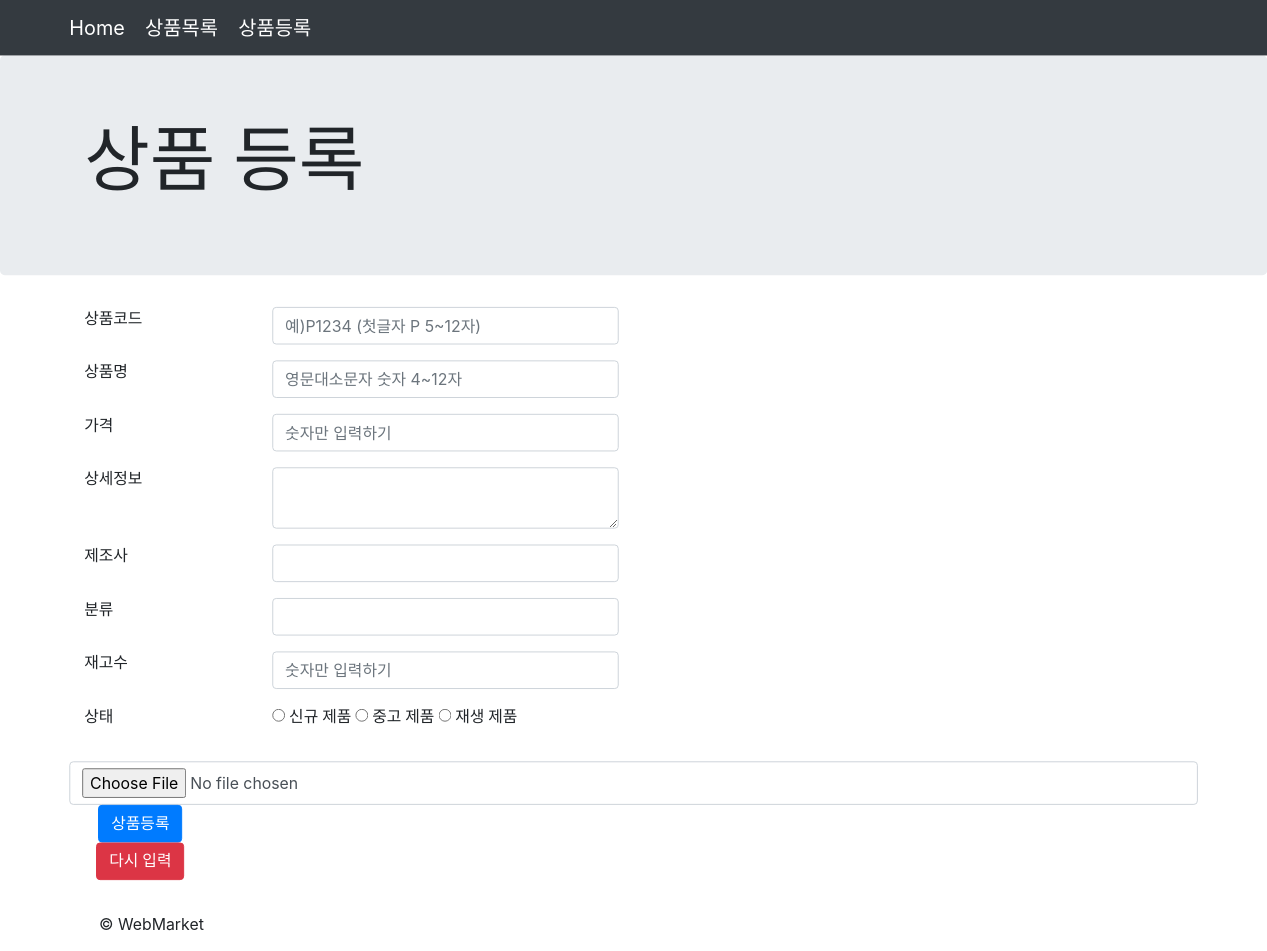
Repository: davisbyun/ai
Page: http://localhost/WebMarket/addProduct.jsp
These files come from the project's save history. The page is drawn as it stood at one moment and after the next save; the edit follows.
The browser window is 1280 px wide. The pictures show the whole page, at 99% of full size.
Some web fonts or font styles are not loaded; a fallback is used. The page is served by Tomcat 9. Other server files are loaded and not shown.

Above is the page before, as saved 2024-01-23 07:30:22.

### WebMarket/src/main/webapp/addProduct.jsp
<%@ page language="java" contentType="text/html; charset=UTF-8"
    pageEncoding="UTF-8"%>
<!DOCTYPE html>
<html>
<head>
<meta charset="UTF-8">
<title>상품등록</title>
<link rel="stylesheet" href="https://cdn.jsdelivr.net/npm/bootstrap@4.0.0/dist/css/bootstrap.min.css" integrity="sha384-Gn5384xqQ1aoWXA+058RXPxPg6fy4IWvTNh0E263XmFcJlSAwiGgFAW/dAiS6JXm" crossorigin="anonymous">
<style>
  @import url('https://fonts.googleapis.com/css2?family=Hahmlet&display=swap');
  .f1 { font-family: 'Hahmlet', serif; }
</style>

</head>
<body>
   <jsp:include page="menu.jsp"></jsp:include>
   <div class="jumbotron">
    <div class="container">
        <h1 class="display-3 f1"> 상품 등록 </h1>
    </div>
  </div>
  <div class="container">
    <form action="./processAddProduct.jsp"  name="newProduct"
    	  enctype="multipart/form-data"
    	  class="form-horizontal"  method="post">
         <div class="form-group row">
            <label class="col-sm-2 f1"> 상품코드 </label>
            <div class="col-sm-4">
                <input type="text" name="productId" id="ProductId" placeholder="예)P1234 (첫글자 P 5~12자)" class="form-control">
            </div>
         </div>

         <div class="form-group row">
            <label class="col-sm-2 f1"> 상품명 </label>
            <div class="col-sm-4">
                <input type="text" name="name" id="name" placeholder="영문대소문자 숫자 4~12자" class="form-control">
            </div>
         </div>

         <div class="form-group row">
            <label class="col-sm-2 f1"> 가격 </label>
            <div class="col-sm-4">
                <input type="text" name="unitPrice" id="unitPrice" placeholder="숫자만 입력하기" class="form-control">
            </div>
         </div>

         <div class="form-group row">
            <label class="col-sm-2 f1"> 상세정보 </label>
            <div class="col-sm-4">
                <textarea name="description"  id="description" cols="50" rows="2" class="form-control"></textarea>
            </div>
         </div>

         <div class="form-group row">
            <label class="col-sm-2 f1"> 제조사 </label>
            <div class="col-sm-4">
                <input type="text" name="manufacturer" id="manufacturer" class="form-control">
            </div>
         </div>

         <div class="form-group row">
            <label class="col-sm-2 f1"> 분류 </label>
            <div class="col-sm-4">
                <input type="text" name="category" id="category" class="form-control">
            </div>
         </div>

         <div class="form-group row">
            <label class="col-sm-2 f1"> 재고수 </label>
            <div class="col-sm-4">
                <input type="text" name="unitsInStock" id="unitsInStock" placeholder="숫자만 입력하기" class="form-control">
            </div>
         </div>

         <div class="form-group row">
            <label class="col-sm-2 f1"> 상태 </label>
            <div class="col-sm-4 f1">
                <input type="radio" name="condition" value="New"> 신규 제품
                <input type="radio" name="condition" value="Old"> 중고 제품
                <input type="radio" name="condition" value="Refurbished"> 재생 제품
            </div>
         </div>

         <div class="form-group row">
         <label class="col-sm-5"></label>
         <input type="file" name="productImage" id="productImage" class="form-control">


         <div class="form-group row">
            <div class="col-sm-offset-2  col-sm-10  col  text-center">
                <input type="button"  class="btn btn-primary f1" value="상품등록" onclick="checkAddProd()">
                 <input type="reset"  class="btn btn-danger f1" value="다시 입력">
            </div>
         </div>

    </form>

  </div>
  <jsp:include page="footer.jsp"></jsp:include>

  <script type="text/javascript" src="./js/validation.js"></script>
</body>
</html>

### WebMarket/src/main/webapp/menu.jsp
<%@ page language="java" contentType="text/html; charset=UTF-8"
    pageEncoding="UTF-8"%>
<!DOCTYPE html>
<html>
<head>
<meta charset="UTF-8">
<title>Insert title here</title>
<link rel="stylesheet" href="https://cdn.jsdelivr.net/npm/bootstrap@4.0.0/dist/css/bootstrap.min.css" integrity="sha384-Gn5384xqQ1aoWXA+058RXPxPg6fy4IWvTNh0E263XmFcJlSAwiGgFAW/dAiS6JXm" crossorigin="anonymous">
</head>
<body>
	 <nav class="navbar navbar-expand navbar-dark bg-dark">
    <div class="container">
        <div class="navbar-header">
            <a class="navbar-brand" href="./welcome.jsp">Home</a>
            <a class="navbar-brand" href="./welcome.jsp">상품목록</a>
            <a class="navbar-brand" href="./welcome.jsp">상품등록</a>
         </div>
     </div>
   </nav>
</body>
</html>

### WebMarket/src/main/webapp/footer.jsp
<%@ page language="java" contentType="text/html; charset=UTF-8"
    pageEncoding="UTF-8"%>
<!DOCTYPE html>
<html>
<head>
<meta charset="UTF-8">
<title>Insert title here</title>
 <link rel="stylesheet" href="https://cdn.jsdelivr.net/npm/bootstrap@4.0.0/dist/css/bootstrap.min.css" integrity="sha384-Gn5384xqQ1aoWXA+058RXPxPg6fy4IWvTNh0E263XmFcJlSAwiGgFAW/dAiS6JXm" crossorigin="anonymous">
</head>
<body>
     <footer class="container">
	    <p>&copy; WebMarket</p>
	 </footer>
</body>
</html>

### WebMarket/src/main/webapp/js/validation.js
function checkAddProd() {

   //요구사항
   // 1. 상품 아이디 체크 - 상품코드와 숫자를 조합하여 5~12자까지 입력 반드시 첫글자는 P로 시작하기
   // 2. 상품명 체크하기 - 최소 4자에서 12자까지 입력하기
   // 3. 상품 가격 체크하기  - 숫자만 입력하기
   // 4. 상품 가격 체크하기 - 음수는 입력 안됨
   // 5. 재고수 체크하기 - 숫자만 입력하기

   // 처리순서 : 1단계 폼에 입력한 내용을 가지고 온다.  2단계 조건문으로 검사를 한다. 3단계 2단계 모두 통과되면 전송한다.
    // 1단계 폼에 입력한 내용을 가지고 온다.
      var  productId = document.getElementById("productId");
      var  name = document.getElementById("name");
      var  unitPrice = document.getElementById("unitPrice");
      var  unitsInStock = document.getElementById("unitsInStock");
    // 2단계 조건문으로 검사를 한다.
      // 1. 상품 아이디 체크 - 상품코드와 숫자를 조합하여 5~12자까지 입력 반드시 첫글자는 P로 시작하기
      /*
      if (   check( 정규표현식, 변수명, 표시할메시지 )     ) {
           productId.focus();
           return false;
       }

       function check( var 정규표현식, var 변수명, var 표시할메시지    ) {
             정규표현식 처리
             alert(표시할메시지);
             return false;
        }
       */
       // 1. 요구사항
       if( ! check( /^P[0-9]{4,11}$/, productId, "상품코드와 숫자를 조합하여 5~12자까지 입력 반드시 첫글자는 P로 시작하기") ) {
            return false;
       }

       // 2. 상품명 체크하기 - 최소 4자에서 12자까지 입력하기
       if( ! check( /^[0-9a-zA-z]{4,12}$/  , name  , "최소 4자에서 12자까지 입력하기") ){
              return false;
      }

      // 3. 상품 가격 체크하기  - 숫자만 입력하기
       if( ! check( /^[0-9]*$/  , unitPrice  , "숫자만 입력하기") ){
              return false;
        }

       // 4. 상품 가격 체크하기 - 음수는 입력 안됨
       if ( unitPrice.value < 0) {
            alert("음수는 입력 안됨");
            return false;
        }

        // 5. 재고수 체크하기 - 숫자만 입력하기
        if( ! check( /^[0-9]*$/  , unitsInStock  , "숫자만 입력하기") ){
              return false;
        }


       function check(  regExp,  e,  meg  ) {
          if( regExp.test( e.value ) ) {
                return true;
          }
            alert( meg );
            productId.focus();
            return false;
       }




    // 3단계 2단계 모두 통과되면 전송한다.
        document.newProduct.submit(); // newProduct는 <form> 태그의 name
}

After the next save:
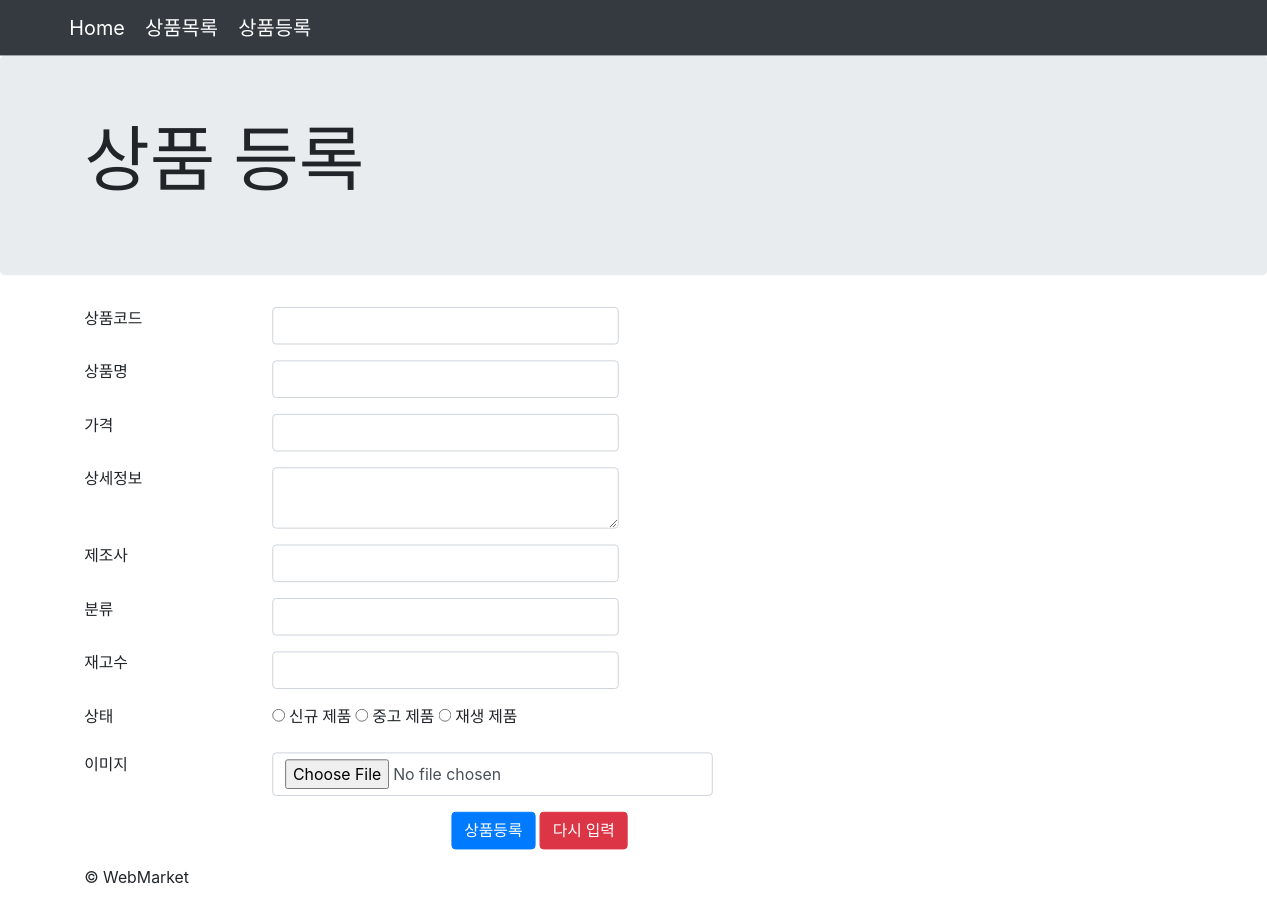
Saved 26 min 31 s later.
--- a/WebMarket/src/main/webapp/addProduct.jsp
+++ b/WebMarket/src/main/webapp/addProduct.jsp
@@ -21,26 +21,26 @@
   </div>
   <div class="container">
     <form action="./processAddProduct.jsp"  name="newProduct"
-    	  enctype="multipart/form-data"
-    	  class="form-horizontal"  method="post">
+          enctype="multipart/form-data" class="form-horizontal"  method="post">
+
          <div class="form-group row">
             <label class="col-sm-2 f1"> 상품코드 </label>
             <div class="col-sm-4">
-                <input type="text" name="productId" id="ProductId" placeholder="예)P1234 (첫글자 P 5~12자)" class="form-control">
+                <input type="text" name="productId" id="productId"  class="form-control">
             </div>
          </div>
 
          <div class="form-group row">
             <label class="col-sm-2 f1"> 상품명 </label>
             <div class="col-sm-4">
-                <input type="text" name="name" id="name" placeholder="영문대소문자 숫자 4~12자" class="form-control">
+                <input type="text" name="name"  id="name"   class="form-control">
             </div>
          </div>
 
          <div class="form-group row">
             <label class="col-sm-2 f1"> 가격 </label>
             <div class="col-sm-4">
-                <input type="text" name="unitPrice" id="unitPrice" placeholder="숫자만 입력하기" class="form-control">
+                <input type="text" name="unitPrice" id="unitPrice" class="form-control">
             </div>
          </div>
 
@@ -68,7 +68,7 @@
          <div class="form-group row">
             <label class="col-sm-2 f1"> 재고수 </label>
             <div class="col-sm-4">
-                <input type="text" name="unitsInStock" id="unitsInStock" placeholder="숫자만 입력하기" class="form-control">
+                <input type="text" name="unitsInStock" id="unitsInStock" class="form-control">
             </div>
          </div>
 
@@ -82,8 +82,11 @@
          </div>
 
          <div class="form-group row">
-         <label class="col-sm-5"></label>
-         <input type="file" name="productImage" id="productImage" class="form-control">
+           <label class="col-sm-2">이미지</label>
+           <div class="col-sm-5">
+             <input type="file" name="productImage" id="productImage" class="form-control">
+           </div>
+         </div>
 
 
          <div class="form-group row">
@@ -98,6 +101,6 @@
   </div>
   <jsp:include page="footer.jsp"></jsp:include>
 
-  <script type="text/javascript" src="./js/validation.js"></script>
+  <script type="text/javascript"  src="./js/validation.js"></script>
 </body>
 </html>
